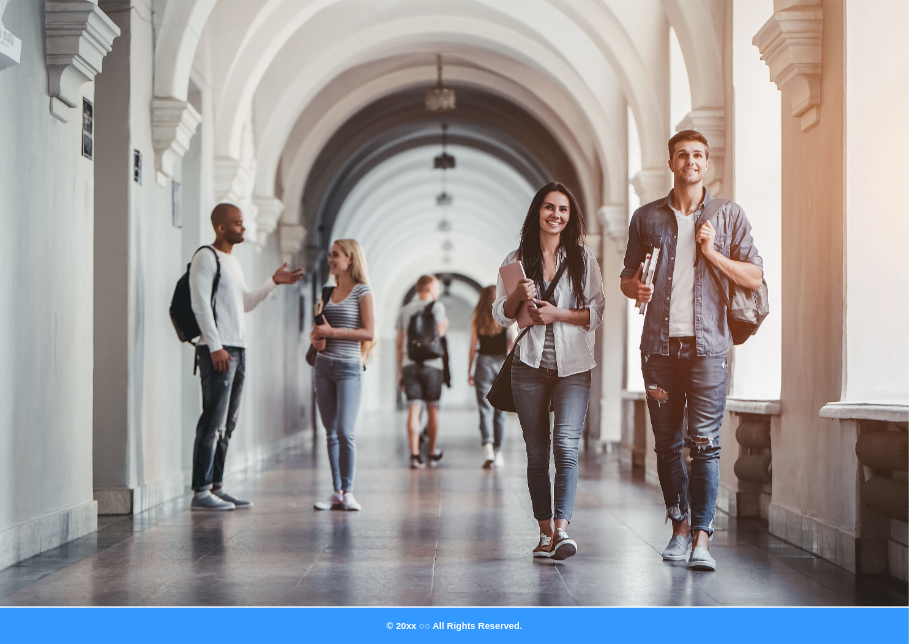
Repository: yuma-2000/-
Page: サンプル/home.html
The author's editor kept a record of every edit. The page is drawn from the files as they stood at one moment, then again after the next edit.
The browser window is 1280 px wide. The page is 1280 px wide, then 1301 px, so the pictures cover 1301 px, including what lies to the right of the window. The pictures show the whole page, at 71% of full size.
Pictures or frames that could not be fetched are drawn as grey boxes.

Above is the page before.

### サンプル/home.html
<!DOCTYPE html>
<html lang="ja">

<head>
    <meta charset="UTF-8">
    <title>HTML/CSSの学習</title>
    <link rel="stylesheet" href="stylesheet.css">
</head>

<body>
    <div id="header">
        <h1><a href="okii yuma/index.html"><img id="corridor" src="images/corridor.jpg" alt="大学の廊下" /></a></h1>
    </div>
    <div id="wrapper">
    </div>
    <div id="footer">
        <p>&copy; 20xx ○○ All Rights Reserved.</p>
    </div>
</body>

</html>

### stylesheet.css
@charset "utf-8";

body {
	margin: 0;
	padding: 0;
	font-family: "ヒラギノ角ゴ Pro W3", "Hiragino Kaku Gothic Pro", "メイリオ", Meiryo, Osaka, "ＭＳ Ｐゴシック", "MS PGothic", sans-serif;
	color: #333;
	font-size: 13px;
	line-height: 150%;
}

/* -------------------- wrapper -------------------- */
#wrapper {
	width: 100%;
	margin: auto;
	padding: 0px;
	border: 0px;
	background-color: #FFF;
	top: 10px;
	position: relative;
}

/* -------------------- header -------------------- */
#header {
	width: 100%;
}
#header h1 {
	margin: 0;
	padding: 0;
}

#corridor {
	width: 100%;
	height: auto;
}

/* -------------------- footer -------------------- */
#footer {
	clear: both;
	width: 100%;
	padding: 3px 0 3px 0;
	background: #39F;
	color: #FFF;
	font-weight: bold;
	text-align: center;
}

/* -------------------- nav -------------------- */
#nav {
	width: 100%;
}
#nav ul {
	display: flex;
	margin: 0;
	padding: 0;
	list-style-type: none;
}
#nav ul li {
	width: 20%;
	text-align: center;
}
#nav ul li a {
	display: block;
	height: 20px;
	margin: 0;
	padding: 10px;
	color: #FFF;
	font-size: 20px;
	text-decoration: none;
	background-color: green;
}

#nav ul li a:hover {
	filter: drop-shadow(10px 10px 10px black);
}

/* -------------------- container -------------------- */
#container {
	width: 100%;
	margin: auto ;
	padding: auto;
	padding-top: 20px;
	clear: both;
	display: grid;
	grid-template-columns: 70vw 30vw;
}
/* -------------------- main -------------------- */
#main {
	width: 95%;
	padding: 10px 30px 10px 10px;
}
#main h2 {
	margin: 0 0 10px 0;
	padding: 3px 10px 3px 10px;
	color: #FFF;
	font-size: 16px;
	border-left: solid 10px #C00;
	background: #F90 url(../images/main_h2.jpg) right top repeat-y;
}
#main p {
	margin: 0;
	padding: 0;
}
#main .post {
	margin: 0 0 30px 0;
}

#main .post img.right {
	margin: 0 0 0 8px;
}
#main .post img.left {
	margin: 0 8px 0 0;
}

.right {
	float: right;
	width: 40%;
	height: auto;
}
.left {
	float: left;
	width: 40%;
	height: auto;
}

/* -------------------- clearfix -------------------- */
.clearfix {
	zoom: 1;
}
.clearfix:after{
	content: "";
	display: block;
	clear: both;
}

/* -------------------- side -------------------- */
#side {
	width: 85%;
	padding: 20px;
	background-color: #F99;
}
#side .box {
	margin: 0 auto 30px auto;
	padding: 0 0 20px 0;
	background: url(images/side_box.png) bottom no-repeat;
}
#side .box h2 {
	margin: 0;
	padding: 8px;
	text-align: center;
	color: #fff;
	font-size: 16px;
	line-height: 16px;
	font-weight: normal;
	background: url(images/side_box_h2.png) center no-repeat;
}
#side .box .boxBody {
	padding: 8px;
	border-right: solid 1px #C36;
	border-bottom: solid 1px #C36;
	border-left: solid 1px #C36;
	background: #fff;
}
#side .box .boxBody ul {
	margin: 0 0 16px 0;
	padding: 0;
}
#side .box .boxBody ul li {
	padding: 8px 0 8px 4px;
	list-style: none;
	border-bottom: solid 1px #C36;
}

#side .box .boxBody ul li:hover {
	padding: 8px 0 8px 4px;
	list-style: none;
	border-bottom: solid 1px #C36;
	box-shadow: 0px 4px 4px rgba(0, 0, 0, 0.3);
}

After the next edit:
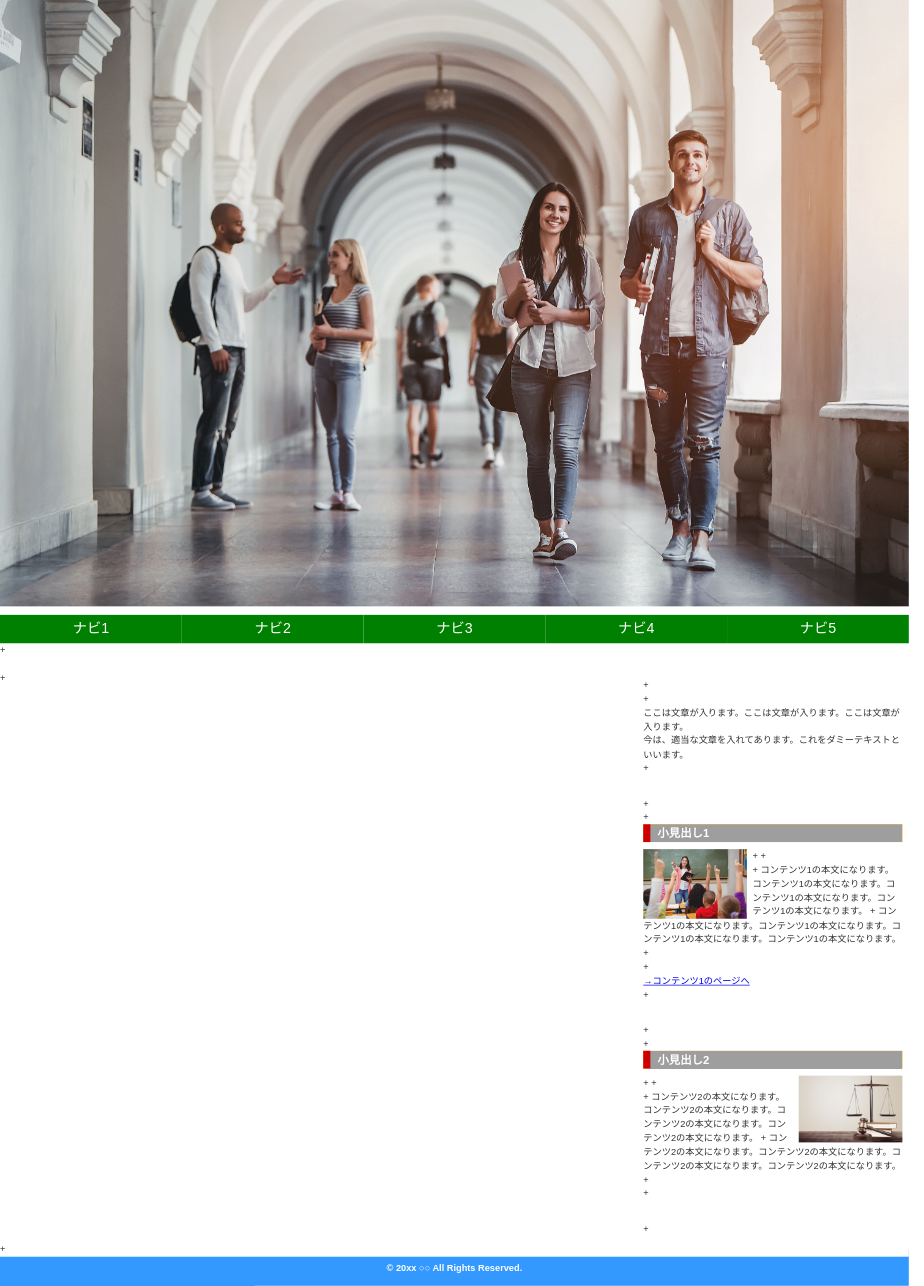
The edit:
--- a/サンプル/home.html
+++ b/サンプル/home.html
@@ -1,21 +1,51 @@
 <!DOCTYPE html>
 <html lang="ja">
-
-<head>
-    <meta charset="UTF-8">
-    <title>HTML/CSSの学習</title>
-    <link rel="stylesheet" href="stylesheet.css">
-</head>
-
-<body>
-    <div id="header">
-        <h1><a href="okii yuma/index.html"><img id="corridor" src="images/corridor.jpg" alt="大学の廊下" /></a></h1>
-    </div>
-    <div id="wrapper">
-    </div>
-    <div id="footer">
-        <p>&copy; 20xx ○○ All Rights Reserved.</p>
-    </div>
-</body>
-
+    <head>
+        <meta charset="UTF-8">
+        <title>HTML/CSSの学習</title>
+        <link rel="stylesheet" href="stylesheet.css">
+    </head>
+    <body>
+        <div id="header">
+            <h1><a href="index.html"><img id="corridor" src="images/corridor.jpg" alt="大学の廊下" /></a></h1>
+        </div>
+        <div id="wrapper">
+            <div id="nav">
+                <ul>
+                    <li><a href="home.html">ナビ1</a></li>
+                    <li><a href="#">ナビ2</a></li>
+                    <li><a href="#">ナビ3</a></li>
+                    <li><a href="#">ナビ4</a></li>
+                    <li><a href="#">ナビ5</a></li>
+                </ul>
+            </div>
++            <div id="container">
++                <div id="main">
++                    <div class="post">
++                        <p>ここは文章が入ります。ここは文章が入ります。ここは文章が入ります。<br />今は、適当な文章を入れてあります。これをダミーテキストといいます。</p>
++                    </div>
++                    <div class="post clearfix">
++                        <h2>小見出し1</h2>
++                        <img class="left" src="images/classroom.jpg" alt="授業風景" />
++                        <p>
++                            コンテンツ1の本文になります。コンテンツ1の本文になります。コンテンツ1の本文になります。コンテンツ1の本文になります。
++                            コンテンツ1の本文になります。コンテンツ1の本文になります。コンテンツ1の本文になります。コンテンツ1の本文になります。
++                        </p>
++                        <p><a href="#">→コンテンツ1のページへ</a></p>
++                    </div>
++                    <div class="post clearfix">
++                        <h2>小見出し2</h2>
++                        <img class="right" src="images/scale.jpg" alt="天秤" />
++                        <p>
++                            コンテンツ2の本文になります。コンテンツ2の本文になります。コンテンツ2の本文になります。コンテンツ2の本文になります。
++                            コンテンツ2の本文になります。コンテンツ2の本文になります。コンテンツ2の本文になります。コンテンツ2の本文になります。
++                        </p>
++                    </div>
++                </div>
++            </div>
+        </div>
+        <div id="footer">
+            <p>&copy; 20xx ○○ All Rights Reserved.</p>
+        </div>
+    </body>
 </html>
